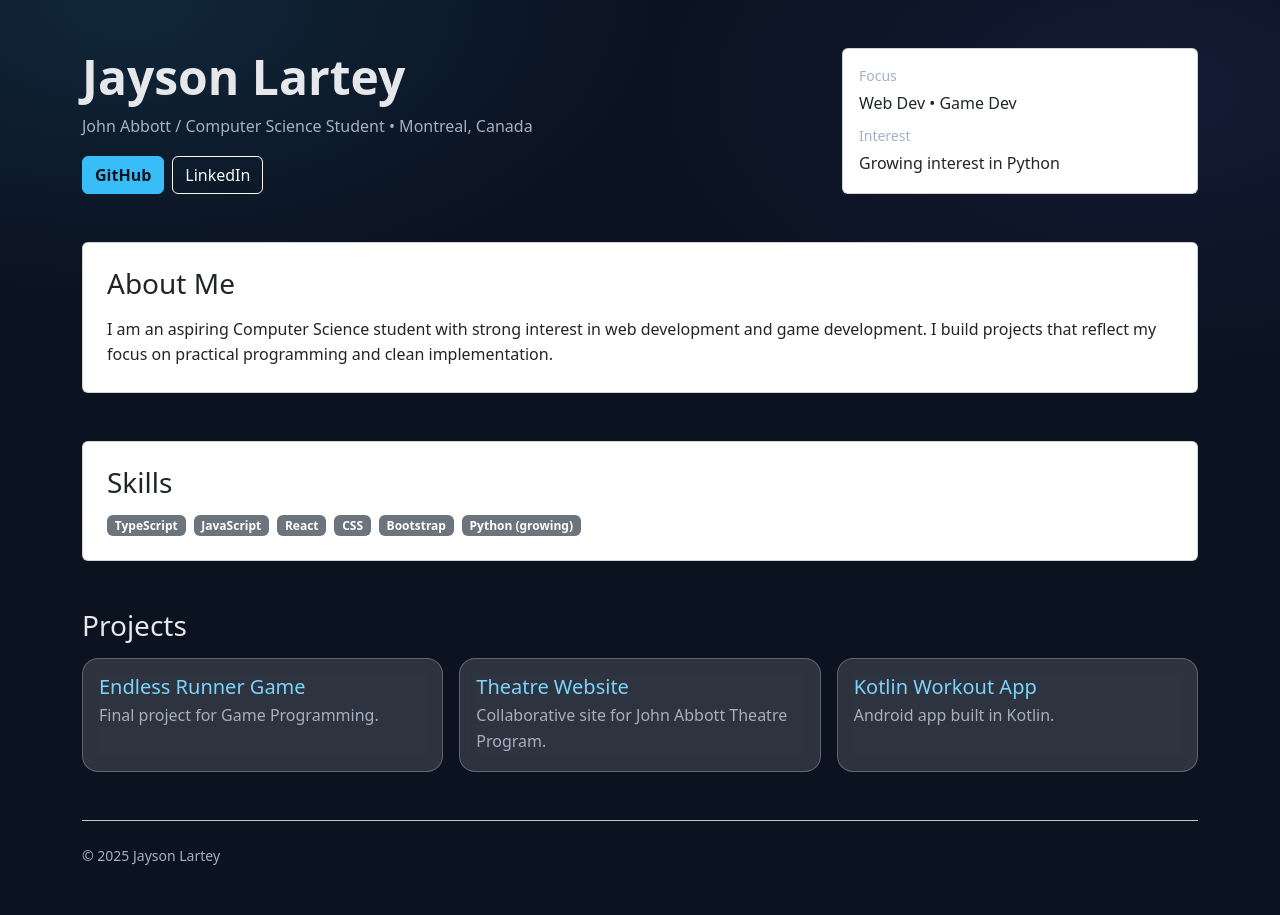
Repository: jaysonlartey/jaysonlartey.github.io
Page: index.html
The author's editor kept a copy of each file at every save. The page is drawn from the files as they stood at one save, then again after the next save.
The browser window is 1280 px wide. The pictures show the whole page.

Above is the page before, as saved 2025-12-12 20:38:00.

### index.html
<!DOCTYPE html>
<html lang="en">

<head>
    <meta charset="UTF-8">
    <meta name="viewport" content="width=device-width, initial-scale=1.0">
    <title>Jayson Lartey - Portfolio</title>
    <link href="https://cdn.jsdelivr.net/npm/bootstrap@5.3.3/dist/css/bootstrap.min.css" rel="stylesheet">
    <link rel="stylesheet" href="style.css" />
    <script src="https://cdn.jsdelivr.net/npm/bootstrap@5.3.3/dist/js/bootstrap.bundle.min.js"></script>
    <script src="script.js"></script>
</head>

<body>
<header class="container py-5">
  <div class="row align-items-center g-4">
    <div class="col-12 col-md-8">
      <h1 class="display-5 fw-semibold mb-2">Jayson Lartey</h1>
      <p class="text-secondary mb-3">John Abbott / Computer Science Student • Montreal, Canada</p>

      <div class="d-flex gap-2 flex-wrap">
        <a class="btn btn-primary" href="https://github.com/jaysonlartey" target="_blank" rel="noreferrer">GitHub</a>
        <a class="btn btn-outline-light" href="https://www.linkedin.com/in/jayson-lartey/" target="_blank" rel="noreferrer">LinkedIn</a>
      </div>
    </div>

    <div class="col-12 col-md-4">
<div class="card bg-white text-dark p-3">
        <div class="small text-secondary">Focus</div>
        <div class="mt-1">Web Dev • Game Dev</div>
        <div class="mt-2 small text-secondary">Interest</div>
        <div class="mt-1">Growing interest in Python</div>
      </div>
    </div>
  </div>
</header>


 <main class="container pb-5">
  <section class="mb-5">
<div class="card bg-white text-dark p-4">
      <h2 class="h3 mb-3">About Me</h2>
      <p class="mb-0">
        I am an aspiring Computer Science student with strong interest in web development and game development.
        I build projects that reflect my focus on practical programming and clean implementation.
      </p>
    </div>
  </section>

  <section class="mb-5">
<div class="card bg-white text-dark p-4">
      <h2 class="h3 mb-3">Skills</h2>
      <div class="d-flex flex-wrap gap-2">
        <span class="badge text-bg-secondary">TypeScript</span>
        <span class="badge text-bg-secondary">JavaScript</span>
        <span class="badge text-bg-secondary">React</span>
        <span class="badge text-bg-secondary">CSS</span>
        <span class="badge text-bg-secondary">Bootstrap</span>
        <span class="badge text-bg-secondary">Python (growing)</span>
      </div>
    </div>
  </section>

  <section class="mb-5">
    <h2 class="h3 mb-3">Projects</h2>

    <div class="row g-3">
      <div class="col-12 col-md-4">
        <div class="card card-dark h-100 p-3">
          <h3 class="h5 mb-1">
            <a class="project-link" href="https://github.com/jaysonlartey/Endless-Runner-Game" target="_blank" rel="noreferrer">
              Endless Runner Game
            </a>
          </h3>
          <p class="text-secondary mb-0">Final project for Game Programming.</p>
        </div>
      </div>

      <div class="col-12 col-md-4">
        <div class="card card-dark h-100 p-3">
          <h3 class="h5 mb-1">
            <a class="project-link" href="https://github.com/jaysonlartey/Theatre-App" target="_blank" rel="noreferrer">
              Theatre Website
            </a>
          </h3>
          <p class="text-secondary mb-0">Collaborative site for John Abbott Theatre Program.</p>
        </div>
      </div>

      <div class="col-12 col-md-4">
        <div class="card card-dark h-100 p-3">
          <h3 class="h5 mb-1">
            <a class="project-link" href="https://github.com/jaysonlartey/Workout-App" target="_blank" rel="noreferrer">
              Kotlin Workout App
            </a>
          </h3>
          <p class="text-secondary mb-0">Android app built in Kotlin.</p>
        </div>
      </div>
    </div>
  </section>

  <footer class="pt-4 border-top border-secondary-subtle text-secondary small">
    © <span id="year"></span> Jayson Lartey
  </footer>
</main>

</body>

</html>

### style.css
:root{
  --bg: #0b1220;
  --fg: #e5e7eb;
  --muted: #a7b0c0;
  --card: rgba(255,255,255,0.14);
  --card-border: rgba(255,255,255,0.25);
}

*{ box-sizing:border-box; }

body{
  margin:0;
  font-family: system-ui, -apple-system, Segoe UI, Roboto, sans-serif;
  color: var(--fg);
  background:
    radial-gradient(900px 500px at 10% 0%, rgba(56,189,248,0.12), transparent 60%),
    radial-gradient(900px 500px at 90% 10%, rgba(99,102,241,0.10), transparent 55%),
    var(--bg);
  line-height:1.6;
}

a{ text-decoration:none; }
a:hover{ text-decoration:underline; }

.text-secondary{ color: var(--muted) !important; }

.card-dark{
  background: var(--card);
  border: 1px solid var(--card-border);
  border-radius: 16px;
  color: var(--fg);
  backdrop-filter: blur(8px);
}

.project-link{
  color: #7dd3fc;
}
.project-link:hover{
  color: #bae6fd;
}

.btn-primary{
  background: #38bdf8;
  border-color: #38bdf8;
  color: #0b1220;
  font-weight: 600;
}
.btn-primary:hover{
  background: #7dd3fc;
  border-color: #7dd3fc;
  color: #0b1220;
}

### script.js
document.addEventListener("DOMContentLoaded", () => {
  const year = document.getElementById("year");
  if (year) year.textContent = new Date().getFullYear();
});

After the next save:
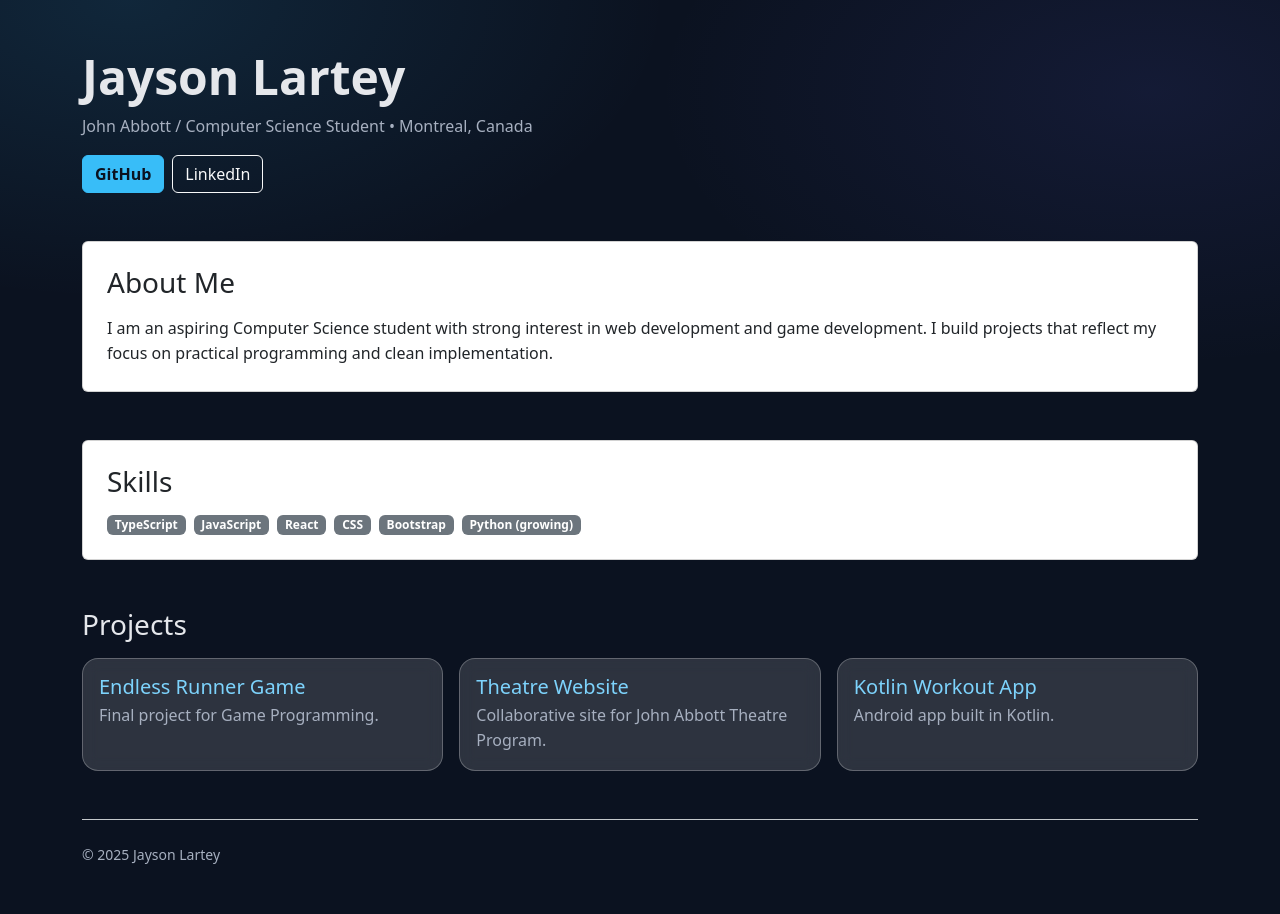
Saved 2 min 42 s later.
--- a/index.html
+++ b/index.html
@@ -21,15 +21,6 @@
       <div class="d-flex gap-2 flex-wrap">
         <a class="btn btn-primary" href="https://github.com/jaysonlartey" target="_blank" rel="noreferrer">GitHub</a>
         <a class="btn btn-outline-light" href="https://www.linkedin.com/in/jayson-lartey/" target="_blank" rel="noreferrer">LinkedIn</a>
-      </div>
-    </div>
-
-    <div class="col-12 col-md-4">
-<div class="card bg-white text-dark p-3">
-        <div class="small text-secondary">Focus</div>
-        <div class="mt-1">Web Dev • Game Dev</div>
-        <div class="mt-2 small text-secondary">Interest</div>
-        <div class="mt-1">Growing interest in Python</div>
       </div>
     </div>
   </div>
